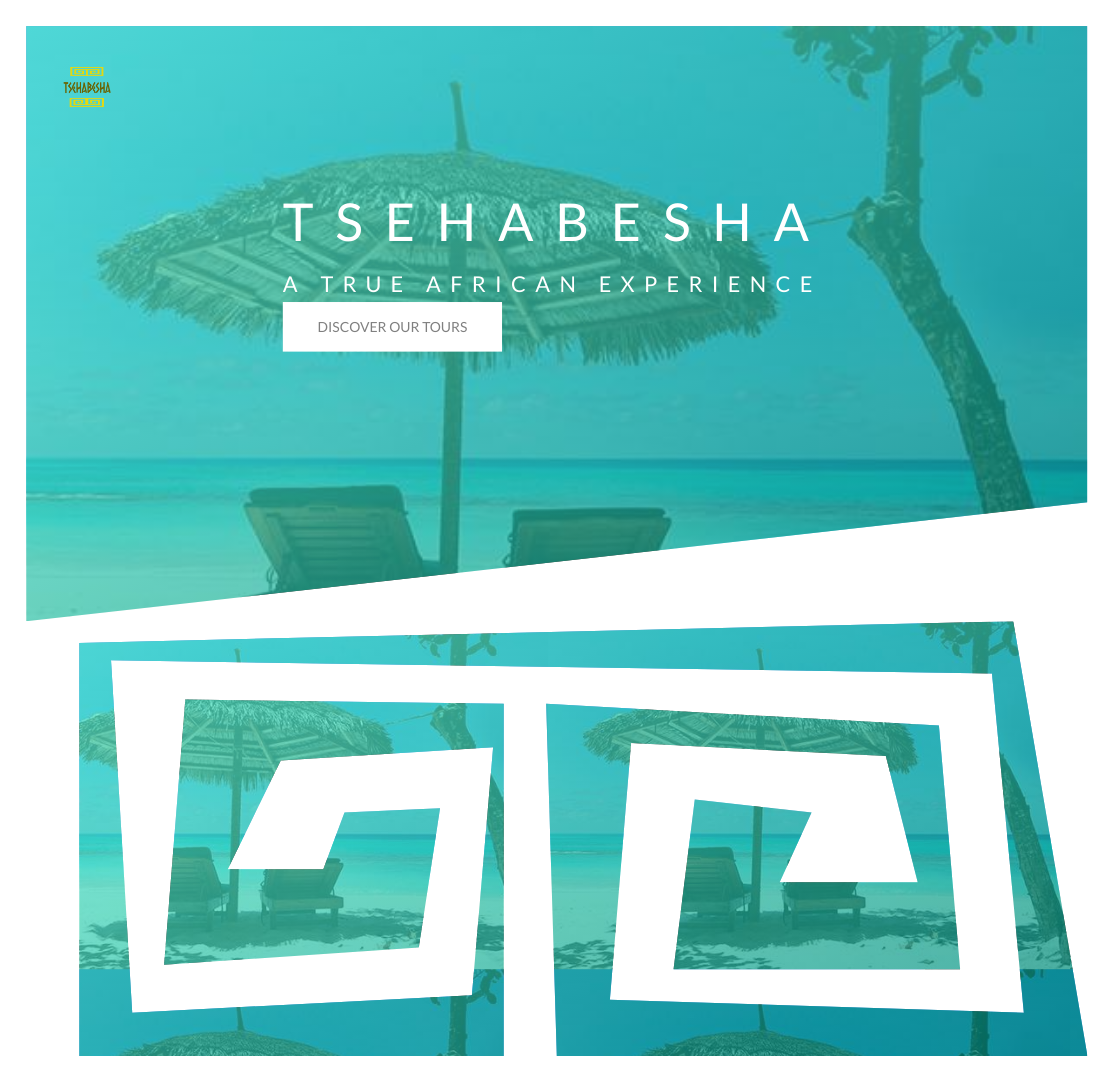
Repository: Azariagmt/tour-and-travel
Page: index.html
An editor plug-in stored every save of this project. The page is shown before and after the next save, followed by the edit.
The browser window is 1280 px wide. The pictures show the whole page, at 87% of full size.

Above is the page before, as saved 2020-03-24 23:45:57.

### index.html
<!DOCTYPE html>
<!--[if lt IE 7]>      <html class="no-js lt-ie9 lt-ie8 lt-ie7"> <![endif]-->
<!--[if IE 7]>         <html class="no-js lt-ie9 lt-ie8"> <![endif]-->
<!--[if IE 8]>         <html class="no-js lt-ie9"> <![endif]-->
<!--[if gt IE 8]><!--> <html class="no-js"> <!--<![endif]-->
    <head>
        <meta charset="utf-8">
        <meta http-equiv="X-UA-Compatible" content="IE=edge">
        <title></title>
        <meta name="description" content="">
        <meta name="viewport" content="width=device-width, initial-scale=1">
        <link href="https://fonts.googleapis.com/css?family=Lato&display=swap" rel="stylesheet">
        <link rel="stylesheet" href="css/style.css">
    </head>
    <body>
        <!--[if lt IE 7]>
            <p class="browsehappy">You are using an <strong>outdated</strong> browser. Please <a href="#">upgrade your browser</a> to improve your experience.</p>
        <![endif]-->
        <header class="header">
            <div class="logo-box">
                <img src="img/tsehabesha-logo.png" alt="Logo" class="logo">
            </div>
            <div class="text-box">
                <h1 class="heading-primary">
                    <span class="heading-primary-main">
                        tsehabesha
                    </span>
                    <span class="heading-primary-sub">
                        a true african experience
                    </span>
                </h1>
                <a href="#" class="btn btn-white">Discover our tours</a>
            </div>
        </header>
        <div class="logo-clip">

            </div>
        <script src="" async defer></script>
    </body>
</html>

### css/style.css
* {
  margin: 0;
  padding: 0;
  box-sizing: border-box;
}

body {
  font-family: "Lato", sans-serif;
  font-weight: 400;
  font-size: 16px;
  line-height: 1.7;
  color: #777777;
  padding: 30px;
}

.header {
  height: 95vh;
  background-image: linear-gradient(to right bottom, #64ffdbb9, #00897bb9),
    url(../img/2.jpg);
  background-size: cover;
  background-position: top;
  clip-path: polygon(0 0, 100% 0, 100% 80%, 0% 100%);
  position: relative;
}

.logo-box {
  position: absolute;
  top: 40px;
  left: 40px;
}

.logo {
  height: 60px;
}

.text-box {
  position: absolute;
  top: 40%;
  left: 50%;
  transform: translate(-50%,-50%);
}
.heading-primary {
  color: white;
  text-transform: uppercase;
  backface-visibility: hidden;
  /* line-height: 95vh; */
}

.heading-primary-main {
  display: block;
  font-size: 60px;
  font-weight: 400;
  letter-spacing: 25px;
  animation: moveInLeft 1s ease-out;

}

.heading-primary-sub {
  display: block;
  font-size: 25px;
  font-weight: 500;
  letter-spacing: 10.7px;
  animation: moveInRight 1s ease-in;
}

@keyframes moveInLeft{
  0%{
opacity: 0;
transform: translateX(-100px);
  }
  80%{
    opacity: .8;
    transform: translateX(10px);
  }
  100%{
    opacity:1;
    transform: translate(0);
  }
}

@keyframes moveInRight{
  0%{
    opacity: 0;
    transform: translateX(100px);
  }
  80%{
    opacity: .8;
    transform: translate(-10px);
  }
  100%{
    opacity: 1;
    transform: translate(0);
  }
}

.btn:link, .btn:visited{
  text-transform: uppercase;
  text-decoration: none;
  display: inline-block;
}

.btn-white{
  background-color: white;
  color: grey;
  padding: 15px 40px;

}

.logo-clip{
  height: 500px;
  background-image: linear-gradient(to right bottom, #64ffdbb9, #00897bb9),
  url(../img/2.jpg);
  width:100%;
  background-clip: content-box;
  clip-path: polygon(
    45% 100%,      45% 19%,    15% 18%,
     13% 79%,      37% 75%,    39% 43%,
     30% 44%,     28% 57%,      19% 57%,
     24% 32%,       44% 29%,       42% 86%,
     10% 90%,       8% 9%,        91% 12%,
     94% 90%,         55% 87%,
     57% 28%,           81% 31%,
     84% 60%,           71% 60%,           74% 44%,
     63% 41%,
     61% 80%,          88% 80%,         86% 24%,
      49% 19%,       50% 100%,      100% 100%,
       93% 0,     5% 5%,        5% 100%);
      }

After the next save:
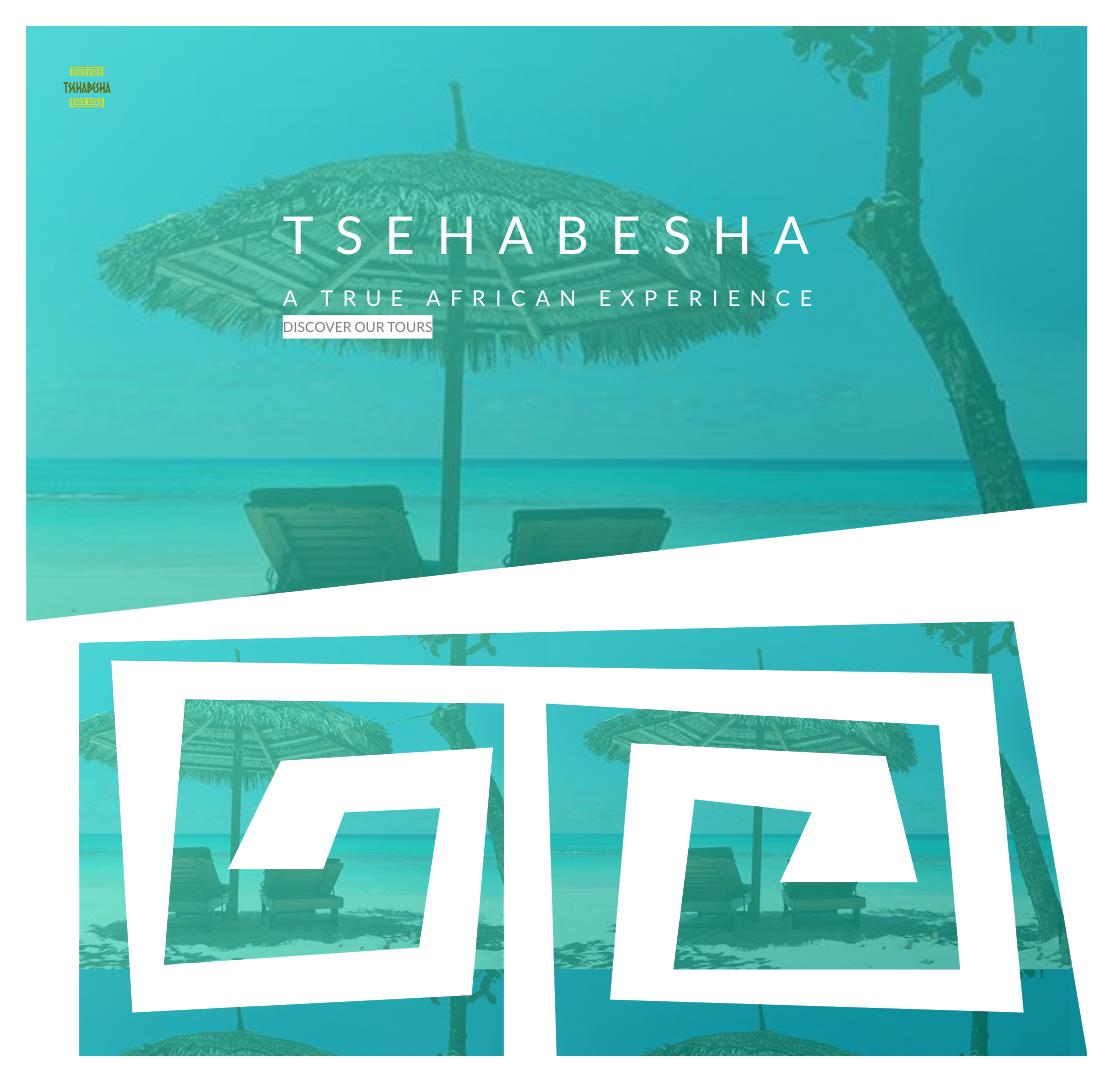
Saved 29 s later.
--- a/css/style.css
+++ b/css/style.css
@@ -102,7 +102,7 @@
 .btn-white{
   background-color: white;
   color: grey;
-  padding: 15px 40px;
+
 
 }
 

After the 4 saves that followed:
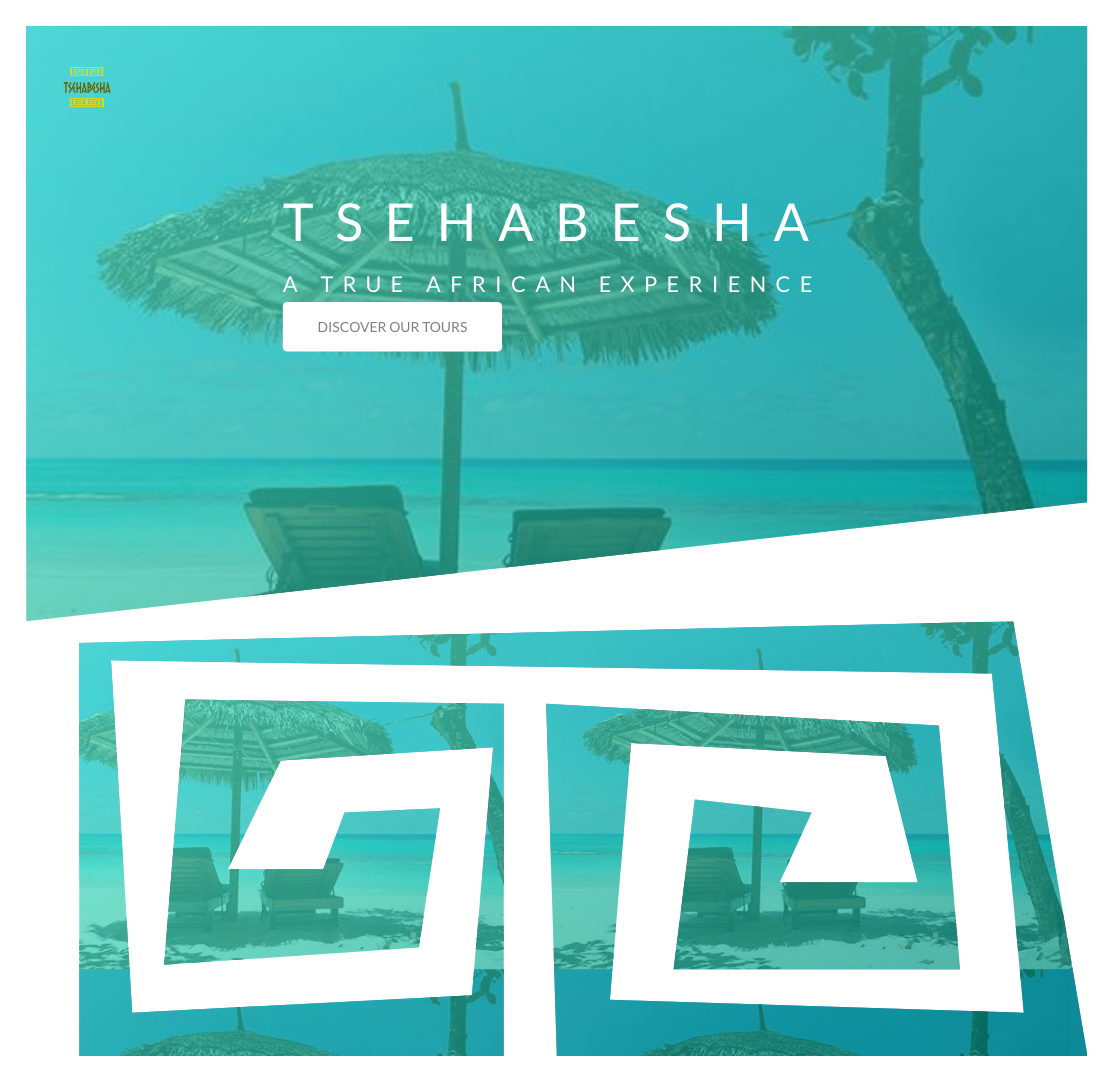
The 4 saves are shown as one change because they came seconds apart.
The last was saved 8 s later.
--- a/css/style.css
+++ b/css/style.css
@@ -97,6 +97,8 @@
   text-transform: uppercase;
   text-decoration: none;
   display: inline-block;
+  padding: 15px 40px;
+  border-radius: 5px;
 }
 
 .btn-white{
